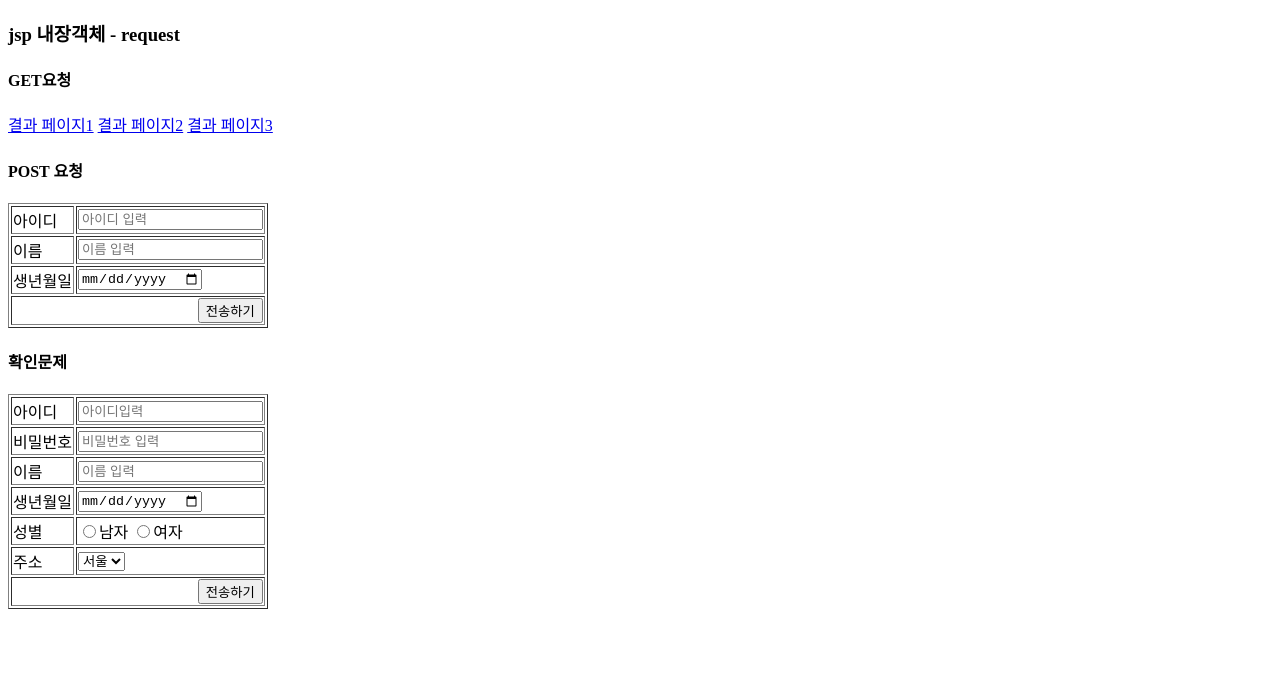
Repository: 2017112847/Jsp
Page: http://localhost/ch03/1_request.jsp
These files come from the project's save history. The page is drawn as it stood at one moment and after the next save; the edit follows.
The browser window is 1280 px wide. The pictures show the whole page.
The page is served by Tomcat 9.

Above is the page before, as saved 2025-07-28 05:25:00.

After the next save:
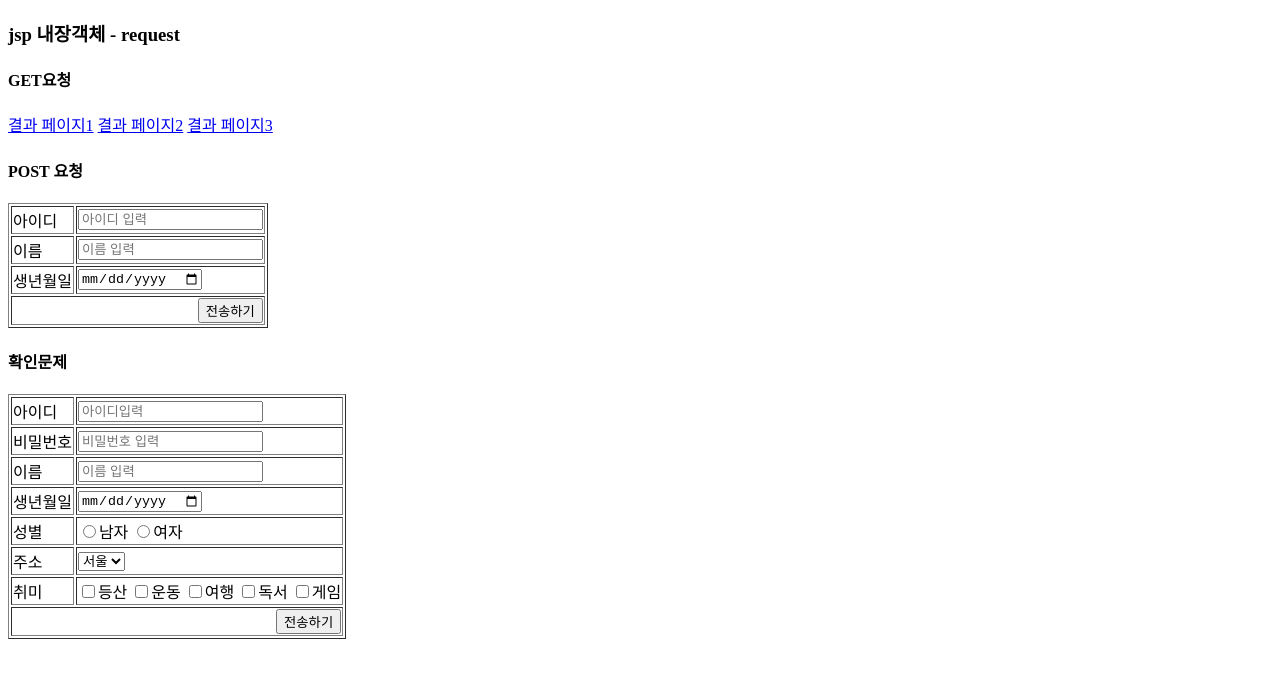
Saved 2 min 35 s later.
--- a/ch03/src/main/webapp/1_request.jsp
+++ b/ch03/src/main/webapp/1_request.jsp
@@ -90,6 +90,18 @@
 		</td>
 	</tr>
 	<tr>
+		<td>취미</td>
+		<td>
+			<label><input type = "checkbox" name="hobby" value = "등산"/>등산</label>
+			<label><input type = "checkbox" name="hobby" value = "운동"/>운동</label>
+			<label><input type = "checkbox" name="hobby" value = "여행"/>여행</label>
+			<label><input type = "checkbox" name="hobby" value = "독서"/>독서</label>
+			<label><input type = "checkbox" name="hobby" value = "게임"/>게임</label>
+		</td>
+	</tr>
+
+
+	<tr>
 		<td colspan = "2" align = "right">
 			<input type = "submit" value = "전송하기">
 		</td>
